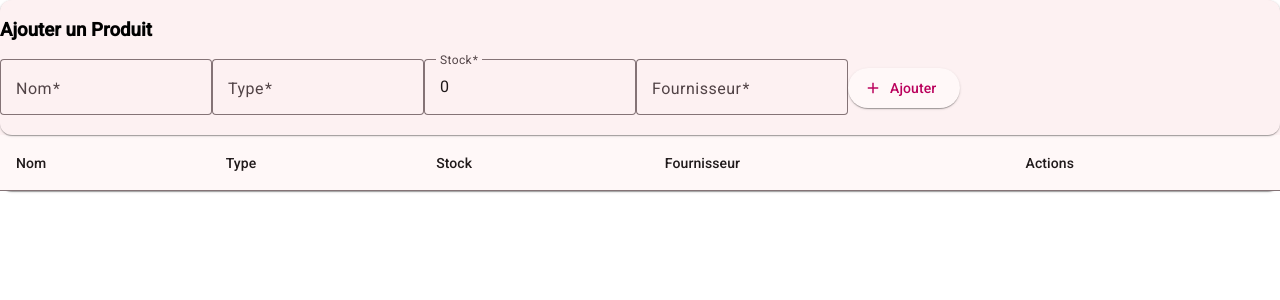
Repository: hadilXattia/Gestion_Production
Page: / (app in frontend-production/)
These files come from the project's save history. The page is drawn as it stood at one moment and after the next save; the edit follows.
The browser window is 1280 px wide. The pictures show the whole page.
The page's requests for data from a server got no answer. The project was rebuilt for these pictures with package versions that can differ from the ones it lists, and the page was loaded fresh each time. No one was signed in, and anything a server would have sent is missing. Also part of the build but not shown: frontend-production/angular.json, frontend-production/src/app/components/produit/ajouter-produit-dialog.component.ts, frontend-production/src/app/components/machine/machine.component.ts, frontend-production/src/app/services/machine.service.ts, frontend-production/src/app/components/technicien/technicien.component.ts, frontend-production/src/app/services/technicien.service.ts, frontend-production/src/app/components/ordre-fabrication/ordre-fabrication.component.ts, frontend-production/src/app/services/ordre-fabrication.service.ts and 2 more.

Above is the page before, as saved 2025-05-09 17:40:30.

### frontend-production/src/index.html
<!doctype html>
<html lang="en">
<head>
  <meta charset="utf-8">
  <title>FrontendProduction</title>
  <base href="/">
  <meta name="viewport" content="width=device-width, initial-scale=1">
  <link rel="icon" type="image/x-icon" href="favicon.ico">
  <link href="https://fonts.googleapis.com/css2?family=Roboto:wght@300;400;500&display=swap" rel="stylesheet">
  <link href="https://fonts.googleapis.com/icon?family=Material+Icons" rel="stylesheet">
</head>
<body class="mat-typography">
  <app-root></app-root>
</body>
</html>

### frontend-production/src/main.ts
import { bootstrapApplication } from '@angular/platform-browser';
import { AppComponent } from './app/app.component';
import { provideHttpClient } from '@angular/common/http';
import { importProvidersFrom } from '@angular/core';
import { FormsModule } from '@angular/forms';
import { provideRouter } from '@angular/router';
import { routes } from './app/app.routes';

bootstrapApplication(AppComponent, {
  providers: [
    provideHttpClient(),
    importProvidersFrom(FormsModule),
    provideRouter(routes)
  ]
});

### frontend-production/src/app/app.component.ts
import { Component } from '@angular/core';
import { RouterOutlet } from '@angular/router';

@Component({
  selector: 'app-root',
  imports: [RouterOutlet],
  templateUrl: './app.component.html',
  styleUrl: './app.component.css'
})
export class AppComponent {
  title = 'frontend-production';
}

### frontend-production/src/app/app.routes.ts
import { Routes } from '@angular/router';
import { ProduitComponent } from './components/produit/produit.component';
import { MachineComponent } from './components/machine/machine.component';
import { TechnicienComponent } from './components/technicien/technicien.component';
import { OrdreFabricationComponent } from './components/ordre-fabrication/ordre-fabrication.component';
import { MaintenanceComponent } from './components/maintenance/maintenance.component';

export const routes: Routes = [
  { path: 'produits', component: ProduitComponent },
  { path: 'machines', component: MachineComponent },
  { path: 'techniciens', component: TechnicienComponent },
  { path: 'ordres', component: OrdreFabricationComponent },
  { path: 'maintenances', component: MaintenanceComponent },
  { path: '', redirectTo: 'produits', pathMatch: 'full' },
  { path: '**', redirectTo: 'produits' }
];

### frontend-production/src/app/components/produit/produit.component.ts
import { Component, OnInit } from '@angular/core';
import { ProduitService } from '../../services/produit.service';
import { HttpClient } from '@angular/common/http';
import { NgFor ,CommonModule} from '@angular/common';
import { FormsModule } from '@angular/forms';
import { MatTableModule } from '@angular/material/table';
import { MatButtonModule } from '@angular/material/button';
import { MatFormFieldModule } from '@angular/material/form-field';
import { MatInputModule } from '@angular/material/input';
import { MatCardModule } from '@angular/material/card';
import { MatIconModule } from '@angular/material/icon';
import { AjouterProduitDialogComponent } from './ajouter-produit-dialog.component';

import { MatDialogModule, MatDialog } from '@angular/material/dialog';
@Component({
  selector: 'app-produit',
  standalone: true,
  imports: [NgFor,CommonModule, FormsModule,MatTableModule,
    MatButtonModule,
    MatFormFieldModule,
    MatDialogModule,
    MatInputModule,
    MatCardModule,
    MatIconModule],
  templateUrl: './produit.component.html',
  styleUrl: './produit.component.css'
})
export class ProduitComponent implements OnInit {
  produits: any[] = [];
  newProduit = {
    nom: '',
    type: '',
    stock: 0,
    fournisseur: ''
  };

constructor(private produitService: ProduitService, private dialog: MatDialog) {}
openAjouterDialog() {
  const dialogRef = this.dialog.open(AjouterProduitDialogComponent);

  dialogRef.afterClosed().subscribe(result => {
    if (result) {
      this.produitService.createProduit(result).subscribe(() => {
        this.loadProduits();
      });
    }
  });
}

  ngOnInit() {
    this.loadProduits();
  }

  loadProduits() {
    this.produitService.getProduits().subscribe(data => {
      this.produits = data;
    });
  }

  addProduit() {
    this.produitService.createProduit(this.newProduit).subscribe(() => {
      this.newProduit = { nom: '', type: '', stock: 0, fournisseur: '' };
      this.loadProduits();
    });
  }

  deleteProduit(id: number) {
    this.produitService.deleteProduit(id).subscribe(() => {
      this.loadProduits();
    });
  }
}

### frontend-production/src/app/components/produit/produit.component.html

<mat-card>
 <mat-card class="mt-4">
  <h3>Ajouter un Produit</h3>
  <form (ngSubmit)="addProduit()" class="add-form">
    <mat-form-field appearance="outline" class="form-field">
      <mat-label>Nom</mat-label>
      <input matInput [(ngModel)]="newProduit.nom" name="nom" required>
    </mat-form-field>

    <mat-form-field appearance="outline" class="form-field">
      <mat-label>Type</mat-label>
      <input matInput [(ngModel)]="newProduit.type" name="type" required>
    </mat-form-field>

    <mat-form-field appearance="outline" class="form-field">
      <mat-label>Stock</mat-label>
      <input matInput type="number" [(ngModel)]="newProduit.stock" name="stock" required>
    </mat-form-field>

    <mat-form-field appearance="outline" class="form-field">
      <mat-label>Fournisseur</mat-label>
      <input matInput [(ngModel)]="newProduit.fournisseur" name="fournisseur" required>
    </mat-form-field>

    <button mat-raised-button color="primary" type="submit">
      <mat-icon>add</mat-icon> Ajouter
    </button>
  </form>
</mat-card>

  <table mat-table [dataSource]="produits" class="mat-elevation-z8" style="width: 100%;">
    <!-- Nom Column -->
    <ng-container matColumnDef="nom">
      <th mat-header-cell *matHeaderCellDef> Nom </th>
      <td mat-cell *matCellDef="let produit"> {{ produit.nom }} </td>
    </ng-container>

    <!-- Type Column -->
    <ng-container matColumnDef="type">
      <th mat-header-cell *matHeaderCellDef> Type </th>
      <td mat-cell *matCellDef="let produit"> {{ produit.type }} </td>
    </ng-container>

    <!-- Stock Column -->
    <ng-container matColumnDef="stock">
      <th mat-header-cell *matHeaderCellDef> Stock </th>
      <td mat-cell *matCellDef="let produit"> {{ produit.stock }} </td>
    </ng-container>

    <!-- Fournisseur Column -->
    <ng-container matColumnDef="fournisseur">
      <th mat-header-cell *matHeaderCellDef> Fournisseur </th>
      <td mat-cell *matCellDef="let produit"> {{ produit.fournisseur }} </td>
    </ng-container>

    <!-- Actions Column -->
    <ng-container matColumnDef="actions">
      <th mat-header-cell *matHeaderCellDef> Actions </th>
      <td mat-cell *matCellDef="let produit">
        <button mat-raised-button color="warn" (click)="deleteProduit(produit.id)">
          <mat-icon>delete</mat-icon> Supprimer
        </button>
      </td>
    </ng-container>

    <tr mat-header-row *matHeaderRowDef="['nom', 'type', 'stock', 'fournisseur', 'actions']"></tr>
    <tr mat-row *matRowDef="let row; columns: ['nom', 'type', 'stock', 'fournisseur', 'actions'];"></tr>
  </table>
</mat-card>

<!-- <mat-card class="mt-4">
  <h3>Ajouter un Produit</h3>
  <form (ngSubmit)="addProduit()" class="add-form">
    <mat-form-field appearance="outline" class="form-field">
      <mat-label>Nom</mat-label>
      <input matInput [(ngModel)]="newProduit.nom" name="nom" required>
    </mat-form-field>

    <mat-form-field appearance="outline" class="form-field">
      <mat-label>Type</mat-label>
      <input matInput [(ngModel)]="newProduit.type" name="type" required>
    </mat-form-field>

    <mat-form-field appearance="outline" class="form-field">
      <mat-label>Stock</mat-label>
      <input matInput type="number" [(ngModel)]="newProduit.stock" name="stock" required>
    </mat-form-field>

    <mat-form-field appearance="outline" class="form-field">
      <mat-label>Fournisseur</mat-label>
      <input matInput [(ngModel)]="newProduit.fournisseur" name="fournisseur" required>
    </mat-form-field>

    <button mat-raised-button color="primary" type="submit">
      <mat-icon>add</mat-icon> Ajouter
    </button>
  </form>
</mat-card> -->

### frontend-production/src/app/services/produit.service.ts
import { Injectable } from '@angular/core';
import { HttpClient } from '@angular/common/http';
import { Observable } from 'rxjs';

export interface Produit {
  id?: number;
  nom: string;
  type: string;
  stock: number;
  fournisseur: string;
}

@Injectable({
  providedIn: 'root'
})
export class ProduitService {
  private apiUrl = 'http://localhost:8080/api/produits';

  constructor(private http: HttpClient) {}

  getProduits(): Observable<Produit[]> {
    return this.http.get<Produit[]>(this.apiUrl);
  }

  createProduit(produit: Produit): Observable<Produit> {
    return this.http.post<Produit>(this.apiUrl, produit);
  }

  updateProduit(id: number, produit: Produit): Observable<Produit> {
    return this.http.put<Produit>(`${this.apiUrl}/${id}`, produit);
  }

  deleteProduit(id: number): Observable<void> {
    return this.http.delete<void>(`${this.apiUrl}/${id}`);
  }
}

Loaded but not shown: frontend-production/src/styles.css (common file); frontend-production/src/app/app.component.html (common file); frontend-production/src/app/app.component.css (no stored copy; drawn as an empty file); frontend-production/src/app/components/produit/produit.component.css (no stored copy; drawn as an empty file)

After the next save:
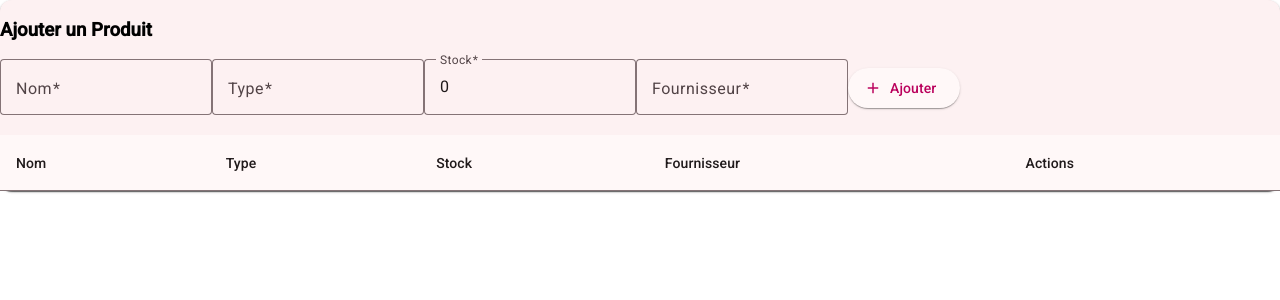
Saved 22 s later.
--- a/frontend-production/src/app/components/produit/produit.component.html
+++ b/frontend-production/src/app/components/produit/produit.component.html
@@ -27,7 +27,7 @@
       <mat-icon>add</mat-icon> Ajouter
     </button>
   </form>
-</mat-card>
+
 
   <table mat-table [dataSource]="produits" class="mat-elevation-z8" style="width: 100%;">
     <!-- Nom Column -->

After the save that followed:
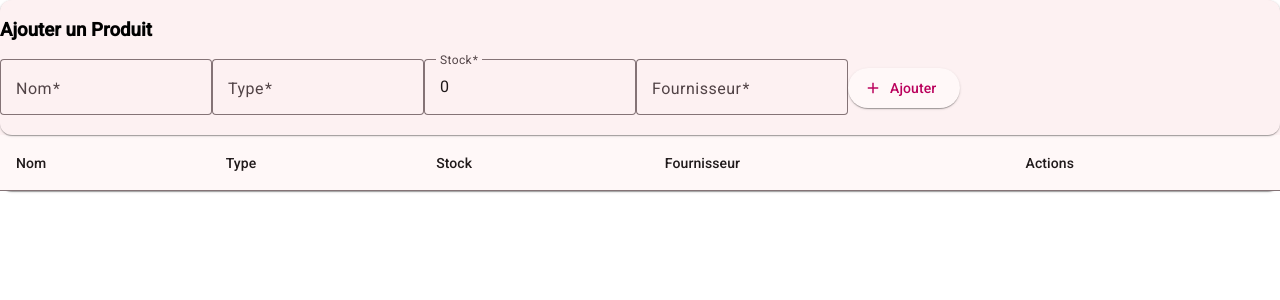
Saved 50 s later.
--- a/frontend-production/src/app/components/produit/produit.component.html
+++ b/frontend-production/src/app/components/produit/produit.component.html
@@ -27,7 +27,7 @@
       <mat-icon>add</mat-icon> Ajouter
     </button>
   </form>
-
+</mat-card>
 
   <table mat-table [dataSource]="produits" class="mat-elevation-z8" style="width: 100%;">
     <!-- Nom Column -->
